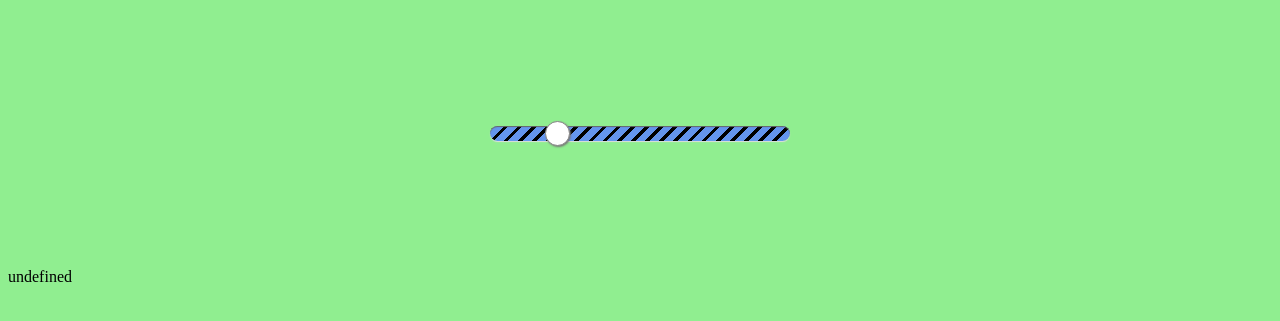
Repository: Jhin7782/HBuilder-Projects
Page: 【HTML】/input/range3-重复渐变.html
These files come from the project's save history. The page is drawn as it stood at one moment and after the next save; the edit follows.
The browser window is 1280 px wide. The pictures show the whole page.

Above is the page before, as saved 2017-06-12 16:55:36.

### 【HTML】/input/range3-重复渐变.html
<!DOCTYPE html>
<html>

	<head>
		<meta charset="UTF-8">
		<meta name="viewport" content="width=device-width,initial-scale=1,minimum-scale=1,maximum-scale=1,user-scalable=no" />
		<title></title>
		<style type="text/css">
			body {
				background: lightgreen;
			}
			/*清除默认样式*/
			input[type=range] {
				display: block;
				margin: 10% auto;
				-webkit-appearance: none;
				width: 300px;
				border-radius: 15px;
				background: white;
				background: repeating-linear-gradient(135deg, black 0em, black 0.25em, cornflowerblue 0em, cornflowerblue 0.75em);
			}
			/*重设滑块样式*/
			input[type=range]::-webkit-slider-thumb {
				-webkit-appearance: none;
				width: 25px;
				height: 25px;
				margin-top: -5px;
				border: 1px solid rgba(133, 133, 133, 1);
				border-radius: 50%;
				background: #fff;
				box-shadow: 1px 1px 2px #777;
			}
			/*重置轨道样式*/
			input[type=range]::-webkit-slider-runnable-track {
				height: 15px;
				-webkit-border-radius: 15px;
				border-radius: 15px;
				box-shadow: 0 1px 1px #ddd, 0 1px 1px #666 inset;
				/*background: repeating-linear-gradient(135deg, black 0em, black 0.25em, cornflowerblue 0em, cornflowerblue 0.75em, white 0%, white 100%);*/
			}

			input[type=range]:focus {
				-webkit-tap-highlight-color: none;
				border: none;
				outline: none;
			}
		</style>
	</head>

	<body>
		<input type="range" name="rangeSlider" id="rangeSlider" value="20" min="0" max="100" step="1" />

		<script type="text/javascript">
			var rangeSlider = document.getElementById("rangeSlider");
			var TN = document.createTextNode(this.value);
			var percentage = document.createElement("p");
			percentage.appendChild(TN);
			document.body.appendChild(percentage);
			rangeSlider.oninput = function() {
				percentage.innerText = this.value;
				rangeSlider.style.background = "repeating-linear-gradient(135deg, black 0em, black 0.25em, cornflowerblue 0em, cornflowerblue 0.75em, white " + this.value + "%, white 1%)";
			}

		</script>
	</body>

</html>

After the next save:
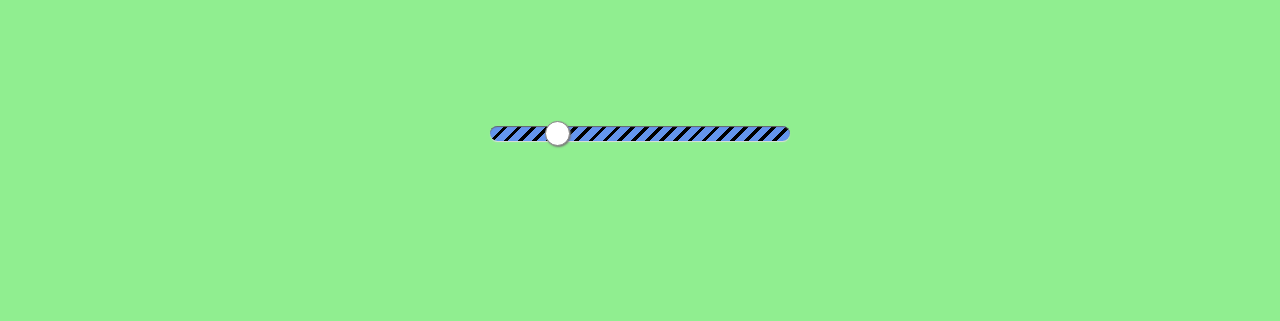
Saved 32 s later.
--- a/【HTML】/input/range3-重复渐变.html
+++ b/【HTML】/input/range3-重复渐变.html
@@ -52,9 +52,7 @@
 
 		<script type="text/javascript">
 			var rangeSlider = document.getElementById("rangeSlider");
-			var TN = document.createTextNode(this.value);
 			var percentage = document.createElement("p");
-			percentage.appendChild(TN);
 			document.body.appendChild(percentage);
 			rangeSlider.oninput = function() {
 				percentage.innerText = this.value;
